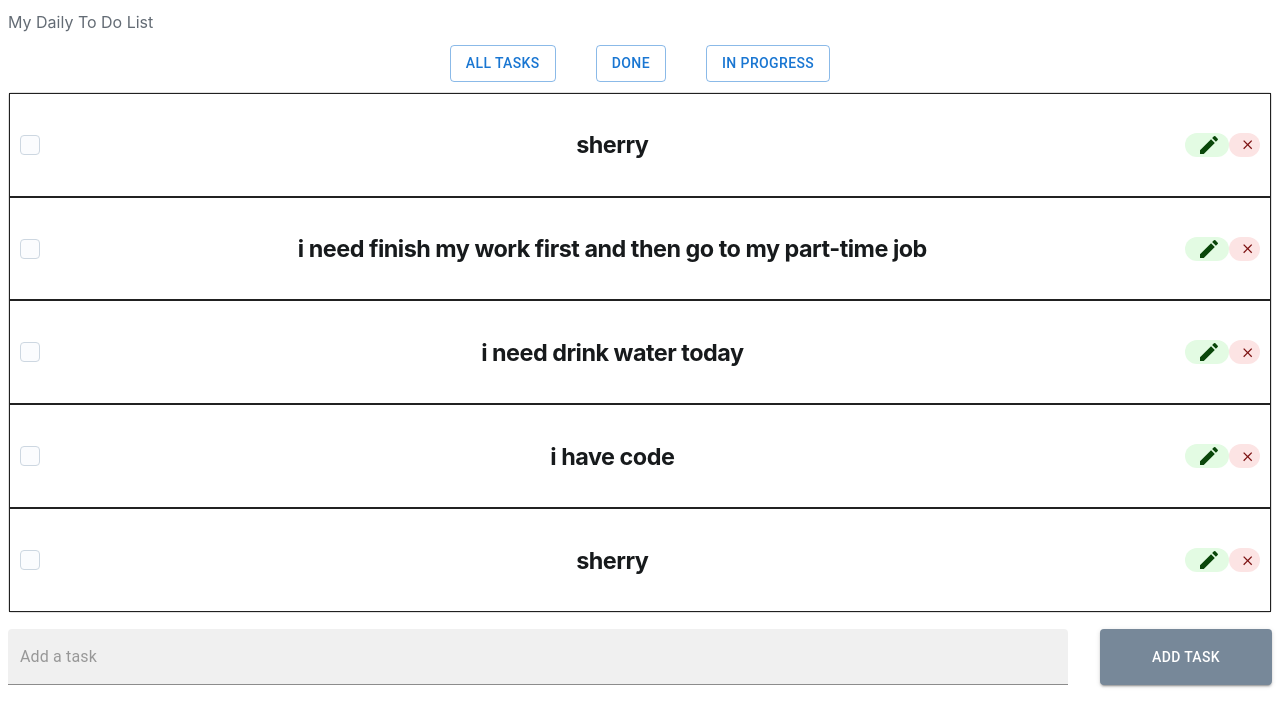
Repository: Tracy-maker/TodoList
Page: /
These files come from the project's save history. The page is drawn as it stood at one moment and after the next save; the edit follows.
The browser window is 1280 px wide. The pictures show the whole page.
The project was rebuilt for these pictures with package versions that can differ from the ones it lists, and the page was loaded fresh each time. Requests to the local data server were answered from the project's data file. Also part of the build but not shown: src/components/TaskEdit.js.

Above is the page before, as saved 2023-09-06 15:19:23.

After the next save:
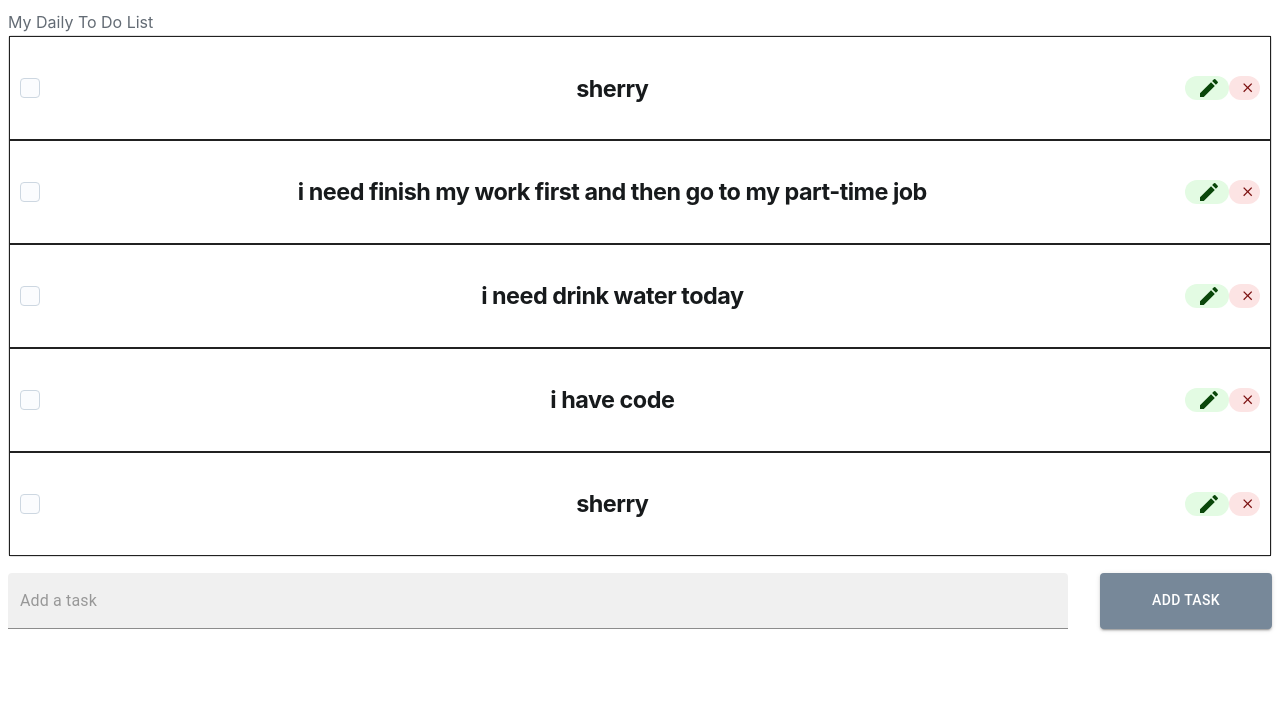
Saved 5 min 24 s later.
--- a/src/App.js
+++ b/src/App.js
@@ -1,7 +1,7 @@
 import { useState, useEffect } from "react";
 import axios from "axios";
 import CreateTask from "./components/CreateTask";
-import TaskManager from "./components/TaskManager";
+import TaskManager from "./components/TaskList";
 import { Box } from "@mui/material";
 import styled from "styled-components";
 import Typography from "@mui/joy/Typography";
@@ -14,7 +14,6 @@
 `;
 function App() {
   const [tasks, setTasks] = useState([]);
-
 
   const fetchTask = async () => {
     const response = await axios.get("http://localhost:3001/tasks");
@@ -59,7 +58,6 @@
     setTasks(updatedTasks);
   };
 
-
   return (
     <>
       <Typography variant="h1">My Daily To Do List</Typography>

After the save that followed:
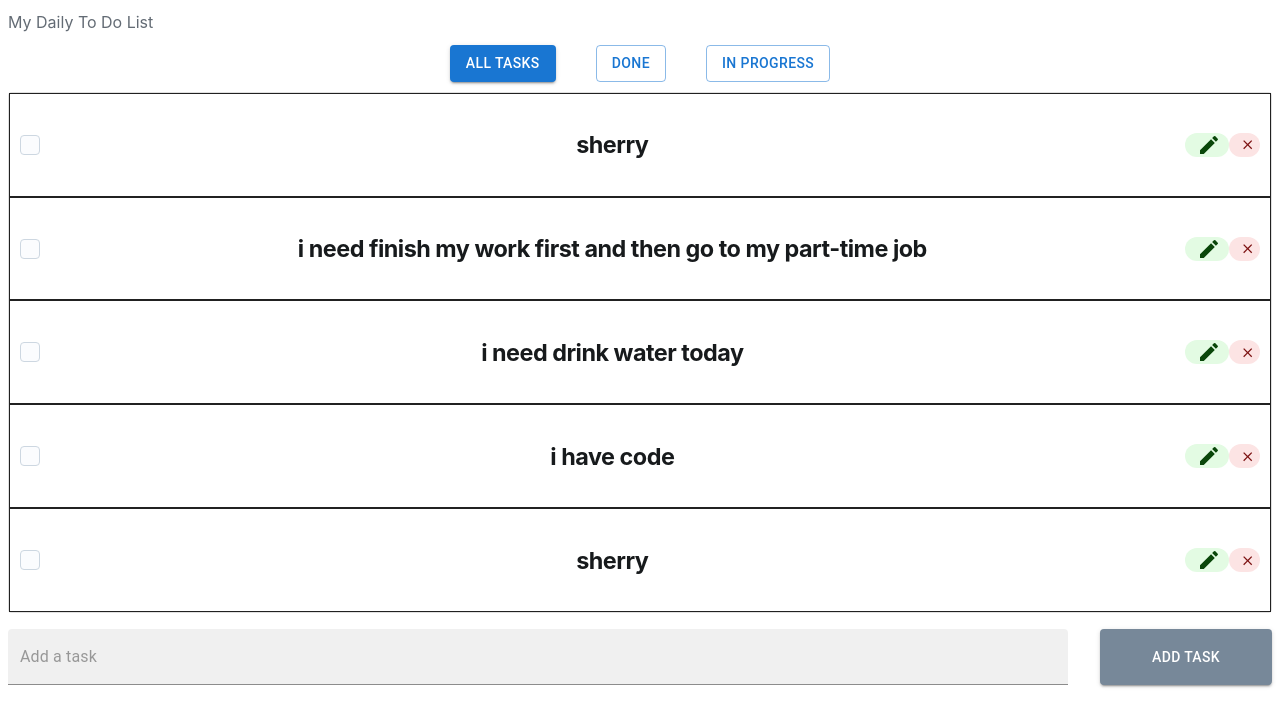
Saved 34 s later.
--- a/src/App.js
+++ b/src/App.js
@@ -1,10 +1,11 @@
 import { useState, useEffect } from "react";
 import axios from "axios";
 import CreateTask from "./components/CreateTask";
-import TaskManager from "./components/TaskList";
+import TaskList from "./components/TaskList";
 import { Box } from "@mui/material";
 import styled from "styled-components";
 import Typography from "@mui/joy/Typography";
+import TaskButton from "./components/TaskButton";
 
 const TaskForm = styled(Box)`
   display: flex;
@@ -14,6 +15,7 @@
 `;
 function App() {
   const [tasks, setTasks] = useState([]);
+  const [filter, setFilter] = useState("all");
 
   const fetchTask = async () => {
     const response = await axios.get("http://localhost:3001/tasks");
@@ -58,18 +60,48 @@
     setTasks(updatedTasks);
   };
 
+  const handleFilterTasks = (filter) => {
+    setFilter(filter);
+  };
+
+  let filteredTasks = tasks;
+  if (filter !== "all") {
+    filteredTasks = tasks.filter((task) => task.status === filter);
+  }
+
+  const toggleCheckedBoxById = (id) => {
+    const updatedTasks = tasks.map((task) => {
+      if (task.id === id) {
+        let nextStatus;
+        if (task.status === "done") {
+          nextStatus = "inProgress";
+        } else {
+          nextStatus = "done";
+        }
+        return {
+          ...task,
+          status: nextStatus,
+        };
+      }
+      return task;
+    });
+    setTasks(updatedTasks);
+  };
+
   return (
-    <>
-      <Typography variant="h1">My Daily To Do List</Typography>
-      <TaskForm>
-        <TaskManager
-          tasks={tasks}
-          onDelete={deleteTasksById}
-          onEdit={editTaskById}
-        />
-        <CreateTask onCreate={createTask} />
-      </TaskForm>
-    </>
+    <TaskForm>
+      <Typography variant="h1">
+        My Daily To Do List
+      </Typography>
+      <TaskButton defaultValue={filter} onFilterChange={handleFilterTasks} />
+      <TaskList
+        toggleCheckedBoxById={toggleCheckedBoxById}
+        tasks={filteredTasks}
+        onDelete={deleteTasksById}
+        onEdit={editTaskById}
+      />
+      <CreateTask onCreate={createTask} />
+    </TaskForm>
   );
 }
 export default App;
